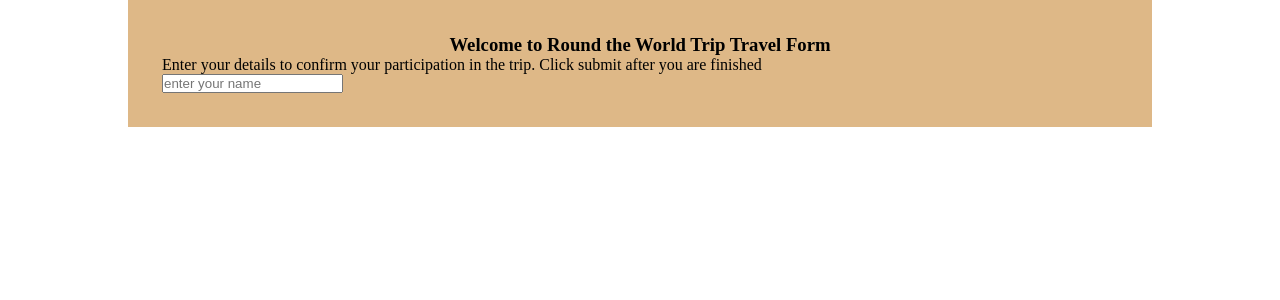
Repository: AvinashLikesToLearnNewStuff/TravelForm
Page: index.html
The author's editor kept a copy of each file at every save. The page is drawn from the files as they stood at one save, then again after the next save.
The browser window is 1280 px wide. The pictures show the whole page.

Above is the page before, as saved 2023-03-18 16:30:47.
Console error: SyntaxError: Unexpected token '<'

### index.html
<!DOCTYPE html>
<html lang="en">
  <head>
    <meta charset="UTF-8" />
    <meta http-equiv="X-UA-Compatible" content="IE=edge" />
    <meta name="viewport" content="width=device-width, initial-scale=1.0" />
    <title>Travel to new places</title>
    <link rel="stylesheet" href="style.css" />
  </head>
  <body>
    <div class="container">
      <h3>Welcome to Round the World Trip Travel Form</h3>
      <p>
        Enter your details to confirm your participation in the trip. Click
        submit after you are finished
      </p>

      <form action="index.php" method="post">
        <input
          type="text"
          name="name"
          id="name"
          placeholder="enter your name"
        />
      </form>
    </div>
    <script src="index.js"></script>
  </body>
</html>

### style.css
* {
    margin: 0px;
    padding: 0px;
    box-sizing: border-box;
}

.container {
    max-width: 80%;
    background-color: burlywood;
    padding: 34px;
    margin: auto;
}

.container h3 {
    text-align: center;
    margin: auto;
}

### index.js
<tab>i

After the next save:
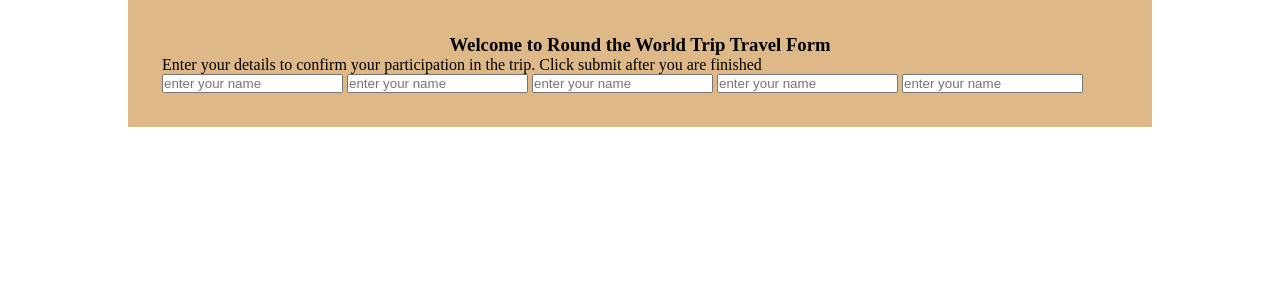
Saved 33 s later.
--- a/index.html
+++ b/index.html
@@ -22,6 +22,34 @@
           id="name"
           placeholder="enter your name"
         />
+
+        <input
+          type="text"
+          name="name"
+          id="name"
+          placeholder="enter your name"
+        />
+
+        <input
+          type="text"
+          name="name"
+          id="name"
+          placeholder="enter your name"
+        />
+
+        <input
+          type="text"
+          name="name"
+          id="name"
+          placeholder="enter your name"
+        />
+
+        <input
+          type="text"
+          name="name"
+          id="name"
+          placeholder="enter your name"
+        />
       </form>
     </div>
     <script src="index.js"></script>
